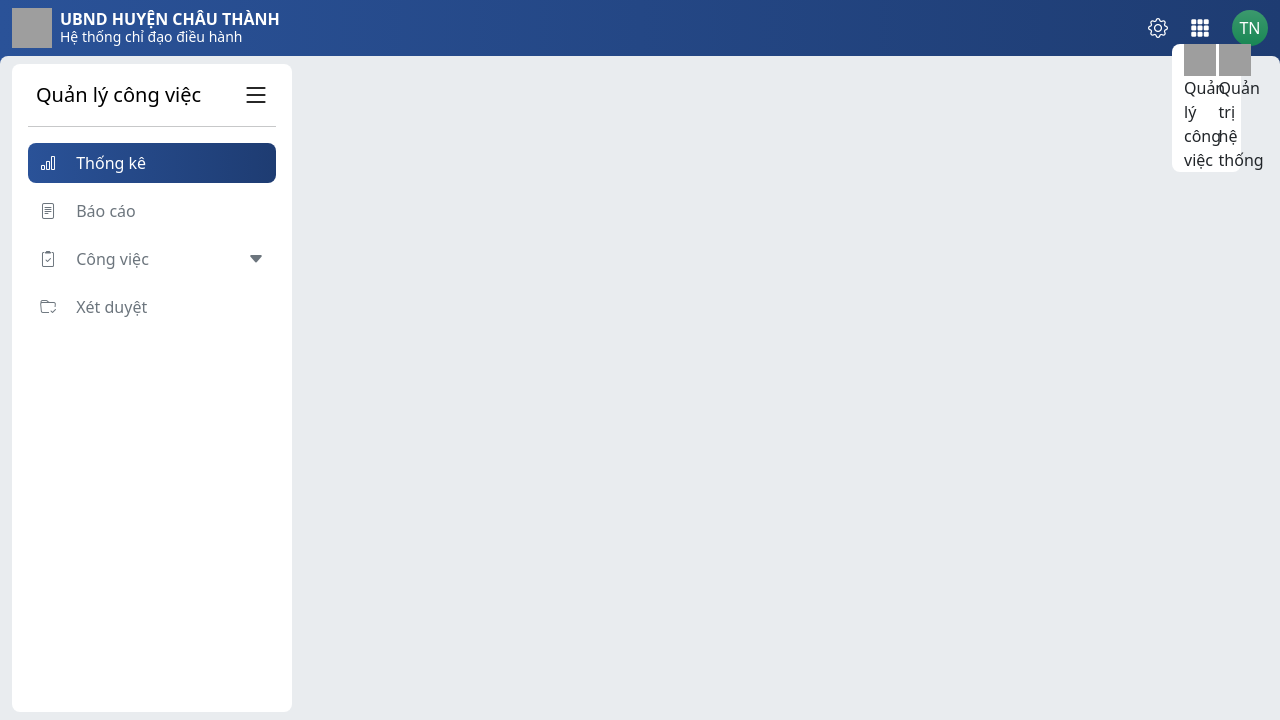
Repository: mys-pro/DATT-HeThongChiDaoDieuHanh
Page: index.html
These files come from the project's save history. The page is drawn as it stood at one moment and after the next save; the edit follows.
The browser window is 1280 px wide. The pictures show the whole page.
Pictures or frames that could not be fetched are drawn as grey boxes.

Above is the page before, as saved 2024-04-21 15:00:15.

### index.html
<!DOCTYPE html>
<html lang="en">

<head>
    <meta charset="UTF-8">
    <meta name="viewport" content="width=device-width, initial-scale=1.0">
    <link rel="icon" href="./Assets/Image/icon.png" />
    <title>Hệ thống chỉ đạo điều hành</title>
    <link rel="stylesheet" href="./Bootstrap/bootstrap-icons-1.11.3/font/bootstrap-icons.min.css">
    <link rel="stylesheet" href="./Bootstrap/bootstrap-5.3.3-dist/css/bootstrap.min.css">
    <link rel="stylesheet" href="./Assets/css/Styles.css">
    <script src="./Assets/js/jquery-3.7.1.min.js"></script>
    <script src="./Bootstrap/bootstrap-5.3.3-dist/js/bootstrap.bundle.min.js"></script>
    <script src="./Assets/js/script.js"></script>
</head>

<body>
    <div class="app">
        <header class="header">
            <nav class="header__navbar navbar">
                <div class="header__navbar-container container-fluid">
                    <a href="#" class="header__navbar-logo navbar-brand p-0 d-flex">
                        <img class="header__navbar-img" src="./Assets/Image/Logo.png" alt="">
                        <div class="header__navbar-name mx-2 text-white align-content-center">
                            <h6 class="fw-bold p-0 m-0">UBND HUYỆN CHÂU THÀNH</h6>
                            <h6 class="fw-normal p-0 m-0">Hệ thống chỉ đạo điều hành</h6>
                        </div>
                    </a>

                    <ul class="header__navbar-list list-inline p-0 m-0 d-flex">
                        <li class="header__navbar-item ms-3 align-content-center">
                            <a class="border-0 bg-transparent rounded-circle text-white">
                                <i class="bi bi-gear fs-5"></i>
                            </a>
                        </li>
                        <li class="header__navbar-item ms-3 align-content-center position-relative">
                            <button type="button" class="border-0 bg-transparent rounded-circle text-white"
                            id="dropdown-apps">
                                <i class="bi bi-grid-3x3-gap-fill fs-5"></i>
                            </button>
                            <div class="row row-cols-2 bg-white rounded-3 position-absolute" id="list-apps">
                                <div class="col">
                                    <img src="./Assets/Image/task-icon.png" alt="" width="32px" height="32px">
                                    Quản lý công việc
                                </div>
                                <div class="col">
                                    <img src="./Assets/Image/admin-icon.png" alt="" width="32px" height="32px">
                                    Quản trị hệ thống
                                </div>
                            </div>
                        </li>
                        <li class="header__navbar-item ms-3">
                            <div class="header__navbar-avatar border-0 bg-success bg-gradient rounded-circle text-white text-center align-content-center">TN</div>
                        </li>
                    </ul>
                </div>
            </nav>
        </header>

        <div class="app__container bg-body-secondary rounded-top-3 py-2">
            <div class="container-fluid">
                <div class="sidebar bg-white rounded-3 p-3 open">
                    <div class="side__bar-tile d-flex position-relative">
                        <span class="ms-2 text-black fs-5 text-nowrap">Quản lý công việc</span>
                        <button type="button"
                            class="sidebar__collapse-btn border-0 bg-white position-absolute text-end end-0">
                            <i class="bi bi-list"></i>
                        </button>
                    </div>
                    <hr>

                    <ul class="sidebar-list list-unstyled p-0 m-0">
                        <li class="sidebar-item mb-2">
                            <a href="#" class="rounded-3 text-secondary text-nowrap d-block active">
                                <i class="bi bi-bar-chart me-3"></i>
                                <span>Thống kê</span>
                            </a>
                        </li>

                        <li class="sidebar-item mb-2">
                            <a href="#" class="rounded-3 text-secondary text-nowrap d-block">
                                <i class="bi bi-file-text me-3"></i>
                                <span>Báo cáo</span>
                            </a>
                        </li>

                        <li class="sidebar-item mb-2">
                            <a href="#" class="position-relative rounded-3 text-secondary text-nowrap d-block collapsed"
                                data-bs-toggle="collapse" data-bs-target="#sidebarToggleExternalContent">
                                <i class="bi bi-clipboard2-check me-3"></i>
                                <span>Công việc</span>
                                <i class="bi bi-caret-down-fill"></i>
                            </a>

                            <ul class="sidebar-list-child collapse list-inline text-secondary text-nowrap"
                                id="sidebarToggleExternalContent">
                                <li class="sidebar-item-child mt-2">
                                    <a href="#"
                                        class="text-secondary rounded-3 text-nowrap d-block d-flex justify-content-between align-items-center active">
                                        Tất cả
                                        <span class="badge text-bg-danger rounded-pill">1</span>
                                    </a>
                                </li>
                                <li class="sidebar-item-child mt-2">
                                    <a href="#"
                                        class="text-secondary rounded-3 text-nowrap d-block d-flex justify-content-between align-items-center">
                                        Dự thảo
                                        <span class="badge text-bg-danger rounded-pill">1</span>
                                    </a>
                                </li>
                                <li class="sidebar-item-child mt-2">
                                    <a href="#"
                                        class="text-secondary rounded-3 text-nowrap d-block d-flex justify-content-between align-items-center">
                                        Hoàn thành
                                        <span class="badge text-bg-danger rounded-pill">1</span>
                                    </a>
                                </li>
                                <li class="sidebar-item-child mt-2">
                                    <a href="#"
                                        class="text-secondary rounded-3 text-nowrap d-block d-flex justify-content-between align-items-center">
                                        Chờ phê duyệt
                                        <span class="badge text-bg-danger rounded-pill">1</span>
                                    </a>
                                </li>
                                <li class="sidebar-item-child mt-2">
                                    <a href="#"
                                        class="text-secondary rounded-3 text-nowrap d-block d-flex justify-content-between align-items-center">
                                        Làm lại
                                        <span class="badge text-bg-danger rounded-pill">1</span>
                                    </a>
                                </li>
                                <li class="sidebar-item-child mt-2">
                                    <a href="#"
                                        class="text-secondary rounded-3 text-nowrap d-block d-flex justify-content-between align-items-center">
                                        Bị hủy
                                        <span class="badge text-bg-danger rounded-pill">1</span>
                                    </a>
                                </li>
                            </ul>
                        </li>

                        <li class="sidebar-item mb-2">
                            <a href="#" class="rounded-3 text-secondary text-nowrap d-block">
                                <i class="bi bi-folder-check me-3"></i>
                                <span>Xét duyệt</span>
                            </a>
                        </li>
                    </ul>
                </div>
            </div>
        </div>
    </div>
</body>

</html>

### Assets/css/Styles.css
:root {
    --primary-color: #2a5298;
    --primary-gradient-color: linear-gradient(to left, #1e3c72, #2a5298);
    --bs-body-color: #212529;
}

body {
    overflow: auto;
}

.col-0 {
    display: none;
}

.app {
    background-image: var(--primary-gradient-color);
}
/* ======Navbar====== */
.header__navbar-img {
    width: 40px;
    height: 40px;
}

.header__navbar-name h6:first-child {
    font-size: 16px;
}

.header__navbar-name h6:last-child {
    font-size: 14px;
}

.header__navbar-avatar {
    width: 36px;
    height: 36px;
}

.header__navbar-item a {
    cursor: pointer;
}

.header__navbar-item span {
    top: 25%;
    right: -15px;
}
/* ======Sidebar====== */
.sidebar {
    --height: calc(100vh - 56px - 16px);
    min-height: var(--height);
    width: 72px;
    transition: all .2s ease-out;
}

.sidebar.open {
    width: 280px;
}

.sidebar a {
    padding: 8px 12px;
    text-decoration: none;
    overflow: hidden;
}

.sidebar span {
    overflow: hidden;
}

.sidebar__collapse-btn {
    font-size: 28px;
    line-height: 0;
}

.sidebar-list-child {
    overflow: hidden;
}

.sidebar-item > a:hover {
    background-color: rgba(0, 0, 0, 0.05) !important;
}

.sidebar-item > a:active {
    background-color: rgba(0, 0, 0, 0.1) !important;
}

.sidebar-item > a.active {
    background-image: var(--primary-gradient-color);
    color: white !important;
}

.sidebar:not(.open) .sidebar-list-child {
    display: none;
}

.sidebar-item > a[data-bs-toggle="collapse"].collapsed > i:last-child {
    position: absolute;
    right: 12px;
    top: 0.5rem;
    transform: rotate(0deg);
    transition: all .2s ease-out;
}

.sidebar-item > a[data-bs-toggle="collapse"] > i:last-child {
    position: absolute;
    right: 12px;
    top: 0.5rem;
    transform: rotate(180deg);
    transition: all .2s ease-out;
}

.sidebar:not(.open) .sidebar-item > a[data-bs-toggle="collapse"] > i:last-child {
    display: none;
}

.sidebar-item-child > a:not(.active):hover {
    background-color: rgba(0, 0, 0, 0.05) !important;
}

.sidebar-item-child > a:not(.active):active,
.sidebar-item-child > a.active {
    background-color: rgba(0, 0, 0, 0.1) !important;
}

@media (max-width: 576px) {
    .sidebar {
        display: none;
    }

    .header__navbar-list {
        display: none !important;
    }
}

### Assets/js/script.js
$(document).ready(function() {
    $('.sidebar__collapse-btn').click(function() {
        $(".sidebar").toggleClass("open");
    });

    $('.sidebar-item > a').click(function() {
        $('.sidebar-item > a').removeClass("active");
        $(this).addClass("active");
        $('#sidebarToggleExternalContent').collapse('hide');
    });

    $('.sidebar-item > a[data-bs-toggle="collapse"]').click(function() {
        $('.sidebar-item-child > a').removeClass("active");
        $('.sidebar-item-child > a:first').addClass("active");
      });

    $('.sidebar-item-child > a').click(function() {
        $('.sidebar-item-child > a').removeClass("active");
        $(this).addClass("active");
    });
});

Loaded but not shown: library/Bootstrap/bootstrap-icons-1.11.3/font/bootstrap-icons.min.css (library); library/Bootstrap/bootstrap-5.3.3-dist/css/bootstrap.min.css (library); Public/js/jquery-3.7.1.min.js (library); library/Bootstrap/bootstrap-5.3.3-dist/js/bootstrap.bundle.min.js (library)

After the next save:
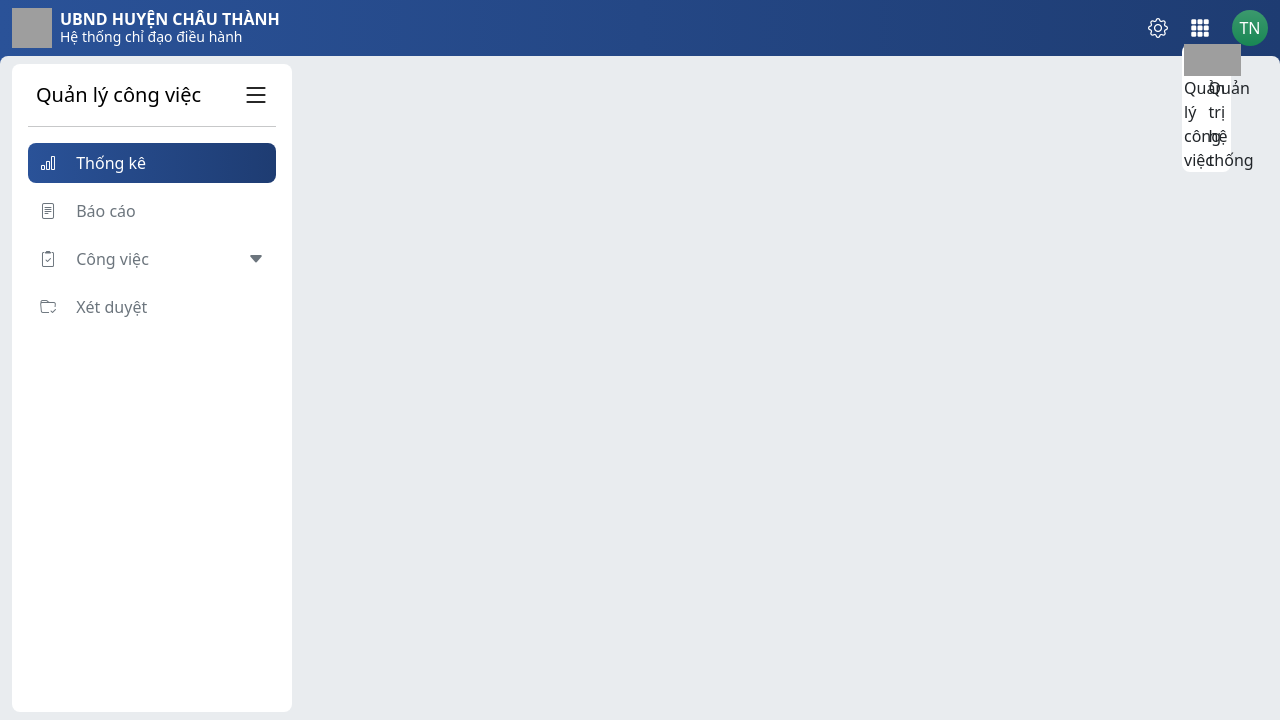
Saved 15 s later.
--- a/index.html
+++ b/index.html
@@ -38,7 +38,7 @@
                             id="dropdown-apps">
                                 <i class="bi bi-grid-3x3-gap-fill fs-5"></i>
                             </button>
-                            <div class="row row-cols-2 bg-white rounded-3 position-absolute" id="list-apps">
+                            <div class="row row-cols-2 gx-1 bg-white rounded-3 position-absolute" id="list-apps">
                                 <div class="col">
                                     <img src="./Assets/Image/task-icon.png" alt="" width="32px" height="32px">
                                     Quản lý công việc
